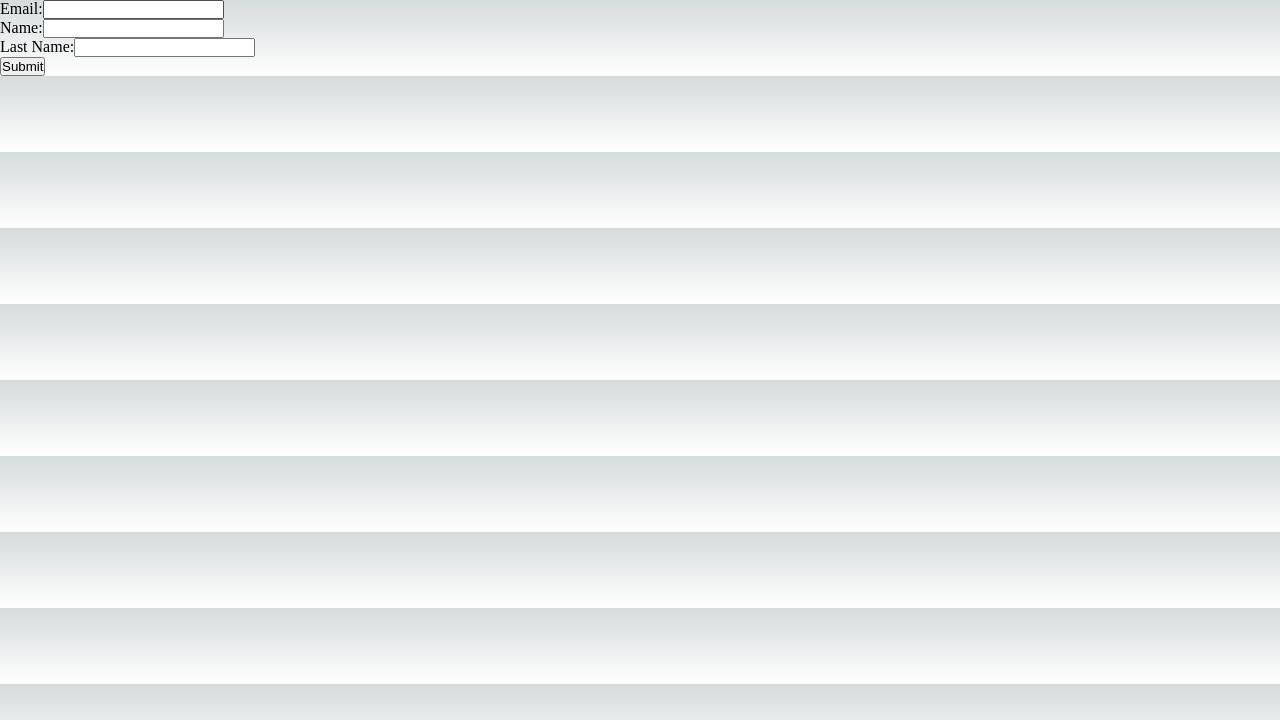
Repository: SanlyLp/assignment-1-playwright-site-a01182379
Page: /contact
The author's editor kept a copy of each file at every save. The page is drawn from the files as they stood at one save, then again after the next save.
The browser window is 1280 px wide. The pictures show the whole page.
The project was rebuilt for these pictures with package versions that can differ from the ones it lists, and the page was loaded fresh each time. The framework's server and built-in components were replaced by stand-ins that run in the browser. Also part of the build but not shown: next.config.js.

Above is the page before, as saved 2023-02-05 19:26:14.

After the next save:
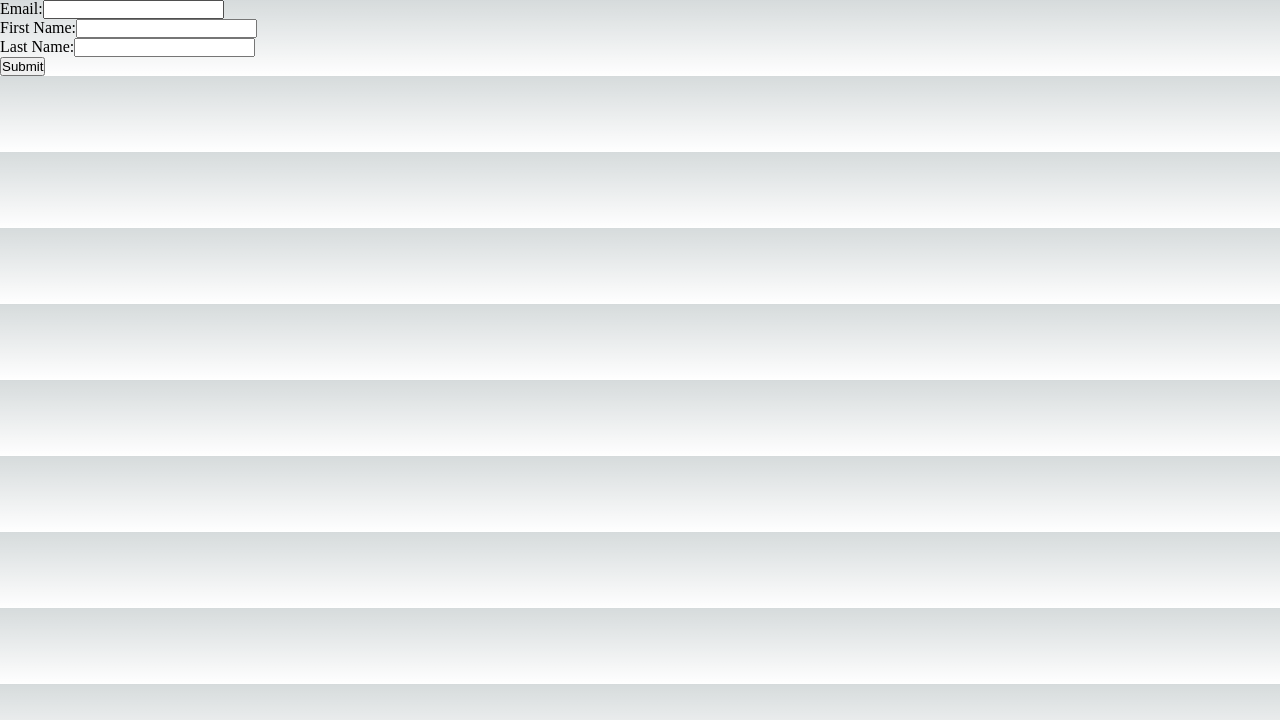
Saved 4 s later.
--- a/pages/contact.js
+++ b/pages/contact.js
@@ -24,7 +24,7 @@ const Contact = () => {
       </div>
       <div>
         <label>
-          Name:
+         First Name:
           <input type="text" id="name" value={Text}/>
         </label>
       </div>
